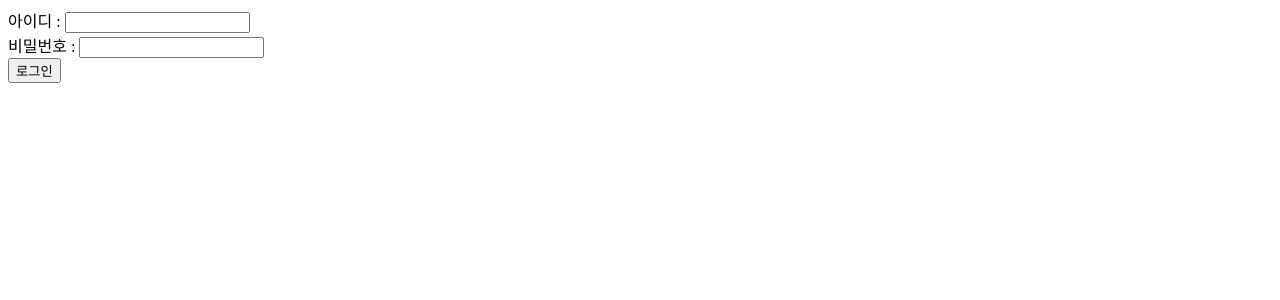
Repository: Kimth520/JSP-study
Page: http://localhost/day05_mybatis/login.jsp
These files come from the project's save history. The page is drawn as it stood at one moment and after the next save; the edit follows.
The browser window is 1280 px wide. The pictures show the whole page.
The page is served by Tomcat 9.

Above is the page before, as saved 2025-01-16 03:16:14.

After the next save:
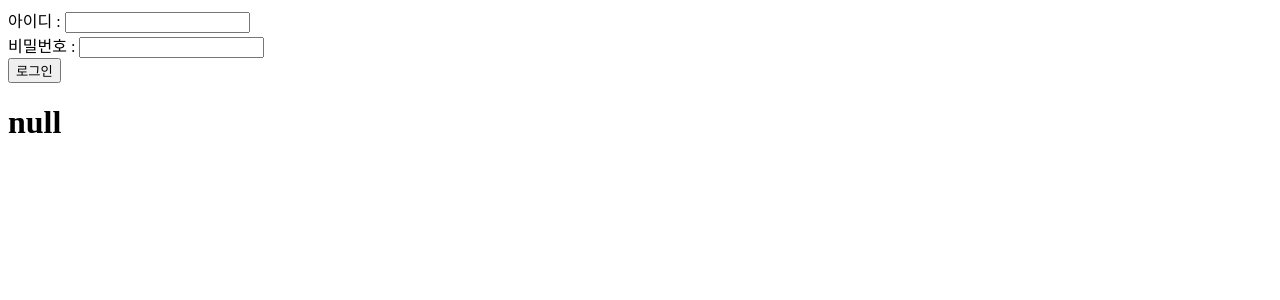
Saved 38 s later.
--- a/workspace/day05_mybatis/src/main/webapp/login.jsp
+++ b/workspace/day05_mybatis/src/main/webapp/login.jsp
@@ -17,6 +17,9 @@
 
 	<% if(request.getAttribute("message")!= null){ %>
 	<h1><%= request.getAttribute("message") %></h1>
+	<%}else{ %>
+	<h1><%= request.getAttribute("message") %></h1>
 	<%} %>
+
 </body>
 </html>

After the save that followed:
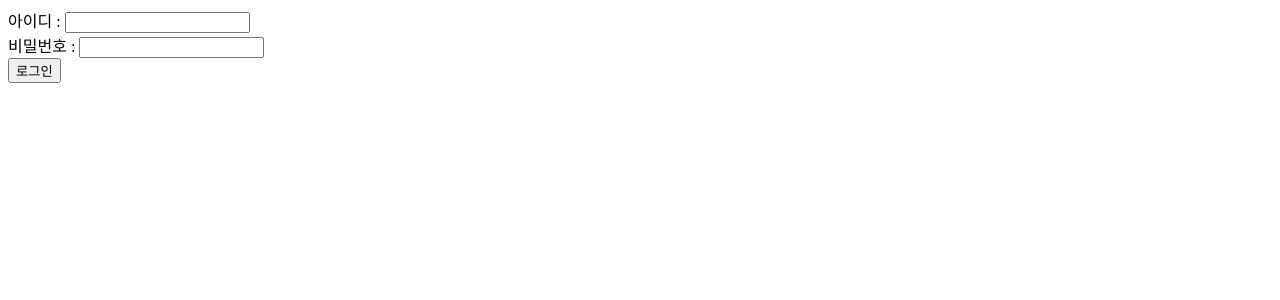
Saved 4 min 3 s later.
--- a/workspace/day05_mybatis/src/main/webapp/login.jsp
+++ b/workspace/day05_mybatis/src/main/webapp/login.jsp
@@ -4,22 +4,19 @@
 <html>
 <head>
 <meta charset="UTF-8">
-<title>Insert title here</title>
+<title>로그인</title>
 </head>
 <body>
-	<form action="Login" method="post">
-		아이디 : <input type="text" name="userId">
-		<br>
-		비밀번호 : <input type="password" name="userPw">
-		<br>
-		<button>로그인</button>
-	</form>
+   <form action="Login" method="post">
+      아이디 : <input type="text" name="userId">
+      <br>
+      비밀번호 : <input type="password" name="userPw">
+      <br>
+      <button>로그인</button>
+   </form>
 
-	<% if(request.getAttribute("message")!= null){ %>
-	<h1><%= request.getAttribute("message") %></h1>
-	<%}else{ %>
-	<h1><%= request.getAttribute("message") %></h1>
-	<%} %>
-
+   <% if(request.getAttribute("message") != null){ %>
+      <h1><%= request.getAttribute("message") %></h1>
+   <% } %>
 </body>
 </html>
